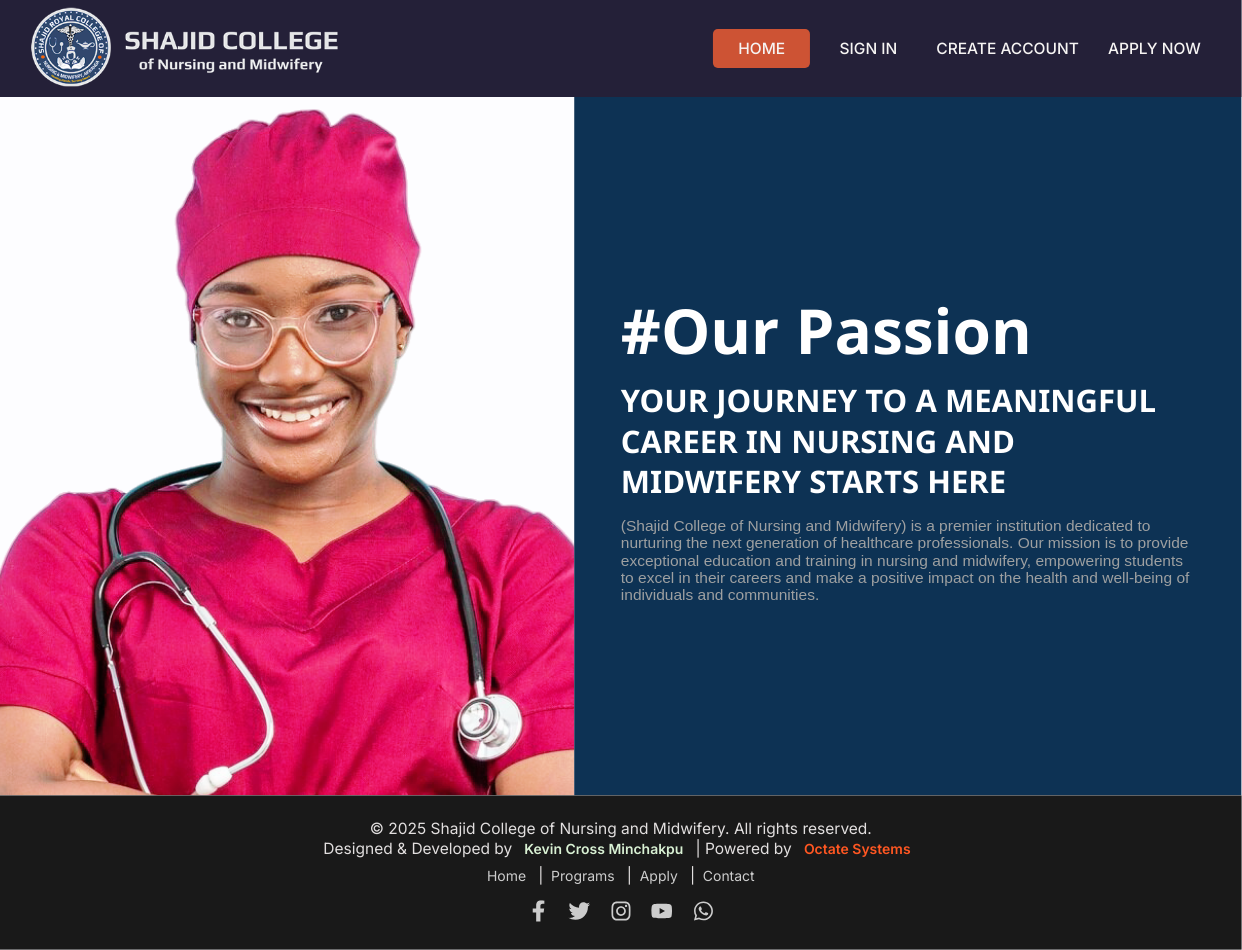
Repository: GlorifiedIntel/shajid-app
Page: /
An editor plug-in stored every save of this project. The page is shown before and after the next save, followed by the edit.
The browser window is 1280 px wide. The pictures show the whole page, at 97% of full size.
The project was rebuilt for these pictures with package versions that can differ from the ones it lists, and the page was loaded fresh each time. The framework's server and built-in components were replaced by stand-ins that run in the browser. Also part of the build but not shown: next.config.mjs.

Above is the page before, as saved 2025-07-01 14:19:56.

### src/app/layout.js
'use client';

import { Inter } from 'next/font/google';
import './globals.css';
import Navbar from '@/components/navbar/Navbar';
import Footer from '@/components/footer/Footer';
import { FormProvider } from '@/context/FormContext';
import { Toaster } from 'react-hot-toast';

const inter = Inter({ subsets: ['latin'] });

export const metadata = {
  title: 'Shajid College App',
  description:
    'This is a full-featured, responsive web application built using Next.js for Shajid College of Nursing and Midwifery.',
};

export default function RootLayout({ children }) {
  return (
    <html lang="en">
      <body className={inter.className}>
        <FormProvider>
          <div className="container">
            <Navbar />
            <Toaster position="top-right" />
            {children}
            <Footer />
          </div>
        </FormProvider>
      </body>
    </html>
  );
}

### src/app/page.jsx
import './landing.css';

const LandingPage = () => {
  return (
    <div className="landing-hero">
      <div className="hero-image" />
      <div className="hero-text">
        <h2 className="ranking">#Our Passion</h2>
        <h3 className="main-text">Your Journey to a Meaningful Career in Nursing and Midwifery Starts Here</h3>
        <p className="sub-text">
          (Shajid College of Nursing and Midwifery) is a premier institution dedicated to nurturing the next generation of healthcare professionals. Our mission is to provide exceptional education and training in nursing and midwifery, empowering students to excel in their careers and make a positive impact on the health and well-being of individuals and communities.
        </p>
      </div>
    </div>
  );
};

export default LandingPage;

### src/app/globals.css
:root {
    --bg: #fdfdff;
    --btn: #2A3D45;
    --primary: #0E103D;
    --secondary: #14453D;
    --delft-blue:#183059;
    --white-smoke:#F6F4F3;
    --indigo-dye: #124E78;
    --cream:#F0F0C9;
    --prussian-blue: #102B3F;
    --midnigth-green:#003844;
    --caribbean-current:#006C67;
    --gunmetal:#122C34;
    --navbar-bg: #242038;
    --jasper: #CD5334
}

* {
    margin: 0;
    padding: 0;
    box-sizing: border-box;
}

body {
    background-color: var(--bg);
    color: var(--white-smoke);

}

a {
    color: inherit;
    text-decoration: none;
}

.container {
    width: 100%;
    margin: auto;
    min-height: 100vh;
    display: flex;
    flex-direction: column;
    justify-content: space-between;
    }


.success-container {
  max-width: 600px;
  margin: 50px auto;
  text-align: center;
  padding: 2rem;
  background: #fff;
  border-radius: 12px;
  box-shadow: 0 5px 15px rgba(0,0,0,0.1);
}

.icon-box {
  margin-bottom: 20px;
}

.success-container h1 {
  font-size: 28px;
  color: #2e7d32;
}

.success-container p {
  font-size: 16px;
  margin: 1rem 0;
  color: #444;
}

.button-group {
  margin-top: 2rem;
  display: flex;
  justify-content: center;
  gap: 1rem;
}

.btn {
  padding: 10px 20px;
  border: none;
  background: #28a745;
  color: #fff;
  border-radius: 6px;
  cursor: pointer;
  font-weight: 600;
}

.btn.secondary {
  background: #6c757d;
}

/* Payment Box Styles */
.payment-box {
  padding: 2rem;
  border: 1px solid #ccc;
  border-radius: 8px;
  max-width: 400px;
  margin: 2rem auto;
  text-align: center;
}

.paystack-button {
  padding: 0.7rem 2rem;
  background-color: #579b6e;
  color: white;
  border: none;
  font-weight: bold;
  border-radius: 5px;
  cursor: pointer;
}

.paystack-button:hover {
  background-color: #174d79;
}

### src/components/navbar/Navbar.jsx
import React from 'react';
import Links from "./links/Links";
import styles from './navbar.module.css';

const Navbar = () => {
  return (
    <div className={styles.container}>
      <div className={styles.logo}>
        <img src="./logo.png" alt="Shajid College Logo" className={styles.logoImage} />
      </div>
      <div>
        <Links />
      </div>
    </div>
  );
};

export default Navbar;

### src/components/footer/Footer.jsx
import {
  FaFacebookF,
  FaTwitter,
  FaInstagram,
  FaYoutube,
  FaWhatsapp,
} from 'react-icons/fa';
import './Footer.css'; // Ensure you have a CSS file for styling

export default function Footer() {
  return (
    <footer className="site-footer">
      <div className="footer-content">
        <p>&copy; {new Date().getFullYear()} Shajid College of Nursing and Midwifery. All rights reserved.</p>

        <p>
  Designed & Developed by{' '}
  <a
    href="https://www.linkedin.com/in/kevin-cross-minchakpu-7897379a"
    target="_blank"
    rel="noopener noreferrer"
    className="kevin-link"
  >
    Kevin Cross Minchakpu
  </a>{' '}
  | Powered by{' '}
  <a
    href="https://octatesystems.github.io/OSNigeria/"
    target="_blank"
    rel="noopener noreferrer"
    className="octate-link"
  >
    Octate Systems
  </a>
</p>

        <nav className="footer-links">
          <a href="/">Home</a> |
          <a href="/programs">Programs</a> |
          <a href="/apply">Apply</a> |
          <a href="/contact">Contact</a>
        </nav>

        <div className="social-icons">
          <a href="https://facebook.com" target="_blank" rel="noopener noreferrer" aria-label="Facebook">
            <FaFacebookF />
          </a>
          <a href="https://twitter.com" target="_blank" rel="noopener noreferrer" aria-label="Twitter">
            <FaTwitter />
          </a>
          <a href="https://instagram.com" target="_blank" rel="noopener noreferrer" aria-label="Instagram">
            <FaInstagram />
          </a>
          <a href="https://youtube.com" target="_blank" rel="noopener noreferrer" aria-label="YouTube">
            <FaYoutube />
          </a>
          <a href="https://wa.me/2348012345678" target="_blank" rel="noopener noreferrer" aria-label="WhatsApp">
            <FaWhatsapp />
          </a>
        </div>
      </div>
    </footer>
  );
}

### src/context/FormContext.jsx
'use client';

import { createContext, useContext, useState } from 'react';

const FormContext = createContext();

export const FormProvider = ({ children }) => {
  const [formData, setFormData] = useState({});

  const updateFormData = (step, data) => {
    setFormData((prev) => ({
      ...prev,
      [step]: data,
    }));
  };

  return (
    <FormContext.Provider value={{ formData, updateFormData }}>
      {children}
    </FormContext.Provider>
  );
};

export const useFormContext = () => useContext(FormContext);

### src/app/landing.css
.landing-hero {
  display: flex;
  flex-direction: row;
  height: 100vh;
  width: 100%;
  overflow: hidden;
  font-family: 'Segoe UI', Tahoma, Geneva, Verdana, sans-serif;
}

.hero-image {
  flex: 1;
  background-image: url('/female-nurse.png');
  background-size: cover;
  background-position: center;
  background-color: none;
}

.hero-text {
  flex: 1;
  background-color: rgba(0, 39, 75, 0.95);
  color: white;
  display: flex;
  flex-direction: column;
  justify-content: center;
  padding: 3rem;
  text-align: left;
}

.ranking {
  font-size: 4rem;
  font-weight: 800;
  margin-bottom: 0.5rem;
}

.main-text {
  font-size: 2rem;
  font-weight: 700;
  text-transform: uppercase;
  line-height: 1.3;
  margin-bottom: 1rem;
}

.sub-text {
  font-family: Arial, Helvetica, sans-serif;
  font-size: 1rem;
  color: #9ea0a1;
}

/* Responsive Design */
@media (max-width: 768px) {
  .landing-hero {
    flex-direction: column;
  }

  .hero-image,
  .hero-text {
    flex: none;
    height: 50vh;
    width: 100%;
  }

  .hero-text {
    padding: 2rem;
    text-align: center;
  }

  .ranking {
    font-size: 3rem;
  }

  .main-text {
    font-size: 1.25rem;
  }
}

/* Basic container styles */
.auth-container {
  width: 500px;
  margin: 5rem auto;
  padding: 2rem;
  border-radius: 10px;
  box-shadow: 0 0 10px rgba(0, 0, 0, 0.1);
  background-color: #fff;
  color: chocolate;
}


/* Form elements */
.auth-form input {
  width: 100%;
  padding: 12px;
  margin: 10px 0;
  border: 1px solid #ddd;
  border-radius: 5px;
}

.auth-form button {
  width: 100%;
  padding: 12px;
  background-color: #2B303A;
  color: white;
  font-weight: bold;
  border: none;
  border-radius: 5px;
  margin-top: 10px;
  cursor: pointer;
  transition: background-color 0.3s ease;
}

.auth-form button:hover {
  background-color: #b59a00;
}

.auth-form h2 {
  text-align: center;
  margin-bottom: 1rem;
  font-size: 1.5rem;
}

.forgot-link {
  text-align: right;
  margin-bottom: 10px;
}

.forgot-link a {
  font-size: 0.9rem;
  color: #0070f3;
  text-decoration: none;
}

.forgot-link a:hover {
  text-decoration: underline;
}

.switch-auth {
  margin-top: 15px;
  text-align: center;
  font-size: 0.9rem;
}

.switch-auth a {
  color: #6157ec;
  text-decoration: none;
}

.switch-auth a:hover {
  text-decoration: underline;
}


.form-logo {
  display: flex;
  justify-content: center;
  align-items: center;
  margin-bottom: 1rem;
}

### src/components/navbar/links/Links.jsx
'use client';

import styles from './links.module.css';
import NavLink from './navLink/navLink';

const Links = () => {
  const links = [
    { title: 'HOME', path: '/' },
    { title: 'SIGN IN', path: '/auth/sign-in' },
    { title: 'CREATE ACCOUNT', path: '/auth/create-account' },
    { title: 'APPLY NOW', path: '/apply' },
  ];

  return (
    <div className={styles.links}>
      {links.map((link) => (
       <NavLink item={link} key={link.title}/>
      ))}
    </div>
  );
};

export default Links;

### src/components/navbar/navbar.module.css
.container {
    background-color: var(--navbar-bg);
    height: 100px;
    display: flex;
    align-items: center;
    justify-content: space-between;
    width: 100%;
   padding: 2rem;

}

.logoImage {
  height: 81px;
  width: 314px;
}


.fontlight {
    font-size: 30px;
    font-family: "Play", sans-serif;
    font-weight: 400;
    font-style: normal;
    color: var(--white-smoke);

}

.logoImage {
  height: 81px;
  width: auto;
}

### src/components/footer/Footer.css


/* Footer styles */
.site-footer {
  background-color: #191919;
  color: #e2dfdf;
  padding: 1.5rem 0;
  text-align: center;
  font-family: var(--font-play);

}

.footer-content {
  max-width: 1000px;
  margin: auto;
  padding: 0 1rem;
}

.footer-content nav {
  margin-top: 0.5rem;
}

.footer-content a {
  color: #ccc;
  margin: 0 0.5rem;
  text-decoration: none;
  font-size: 0.9rem;
}

.footer-content a:hover {
  color: #fff;
  text-decoration: underline;
}

.social-icons {
  margin-top: 1rem;
}

.social-icons a {
  margin: 0 10px;
  font-size: 1.4rem;
  transition: transform 0.3s ease;
}

.social-icons a:hover {
  transform: scale(1.2);
}

/* Optional: Platform-specific hover colors */
.social-icons a:nth-child(1):hover { color: #1877f2; }  /* Facebook */
.social-icons a:nth-child(2):hover { color: #1da1f2; }  /* Twitter */
.social-icons a:nth-child(3):hover { color: #e1306c; }  /* Instagram */
.social-icons a:nth-child(4):hover { color: #ff0000; }  /* YouTube */
.social-icons a:nth-child(5):hover { color: #25d366; }  /* WhatsApp */

.highlight {
  color: #f3ba00;
  font-weight: bold;
  text-decoration: none;
}

.highlight:hover {
  text-decoration: underline;
}

.footer-content a.kevin-link {
  color: #d8f0d3;
  font-weight: 600;
  text-decoration: none;
}

.footer-content a.kevin-link:hover {
  color: #f0cf15;
  text-decoration: underline;
}

.footer-content a.octate-link {
  color: #ff5722;
  font-weight: 600;
  text-decoration: none;
}

.footer-content a.octate-link:hover {
  color: #2791bb;
  text-decoration: underline;
}

### src/components/navbar/links/links.module.css
.links {
    display: flex;
    align-items: center;
    gap: 10px;
    font-family: var(--font-play);
    font-weight: 400;
    font-style: normal;
}

### src/components/navbar/links/navLink/navLink.jsx
'use client';

import Link from 'next/link';
import styles from './navLink.module.css';
import { usePathname } from 'next/navigation';


const NavLink = ({ item }) => {

    const pathName = usePathname();
  return (
    <Link href={item.path} className={`${styles.container} ${pathName === item.path ? styles.active : ''}`}>
        {item.title}
    </Link>
  )

};

export default NavLink;

### src/components/navbar/links/navLink/navLink.module.css
.container {
    min-width: 100px;
    padding: 10px;
    border-radius: 5px;
    font-weight: 500;
    text-align: center;
}

.active {
    background-color: var(--jasper);
    color: var(--color-white);
}

After the next save:
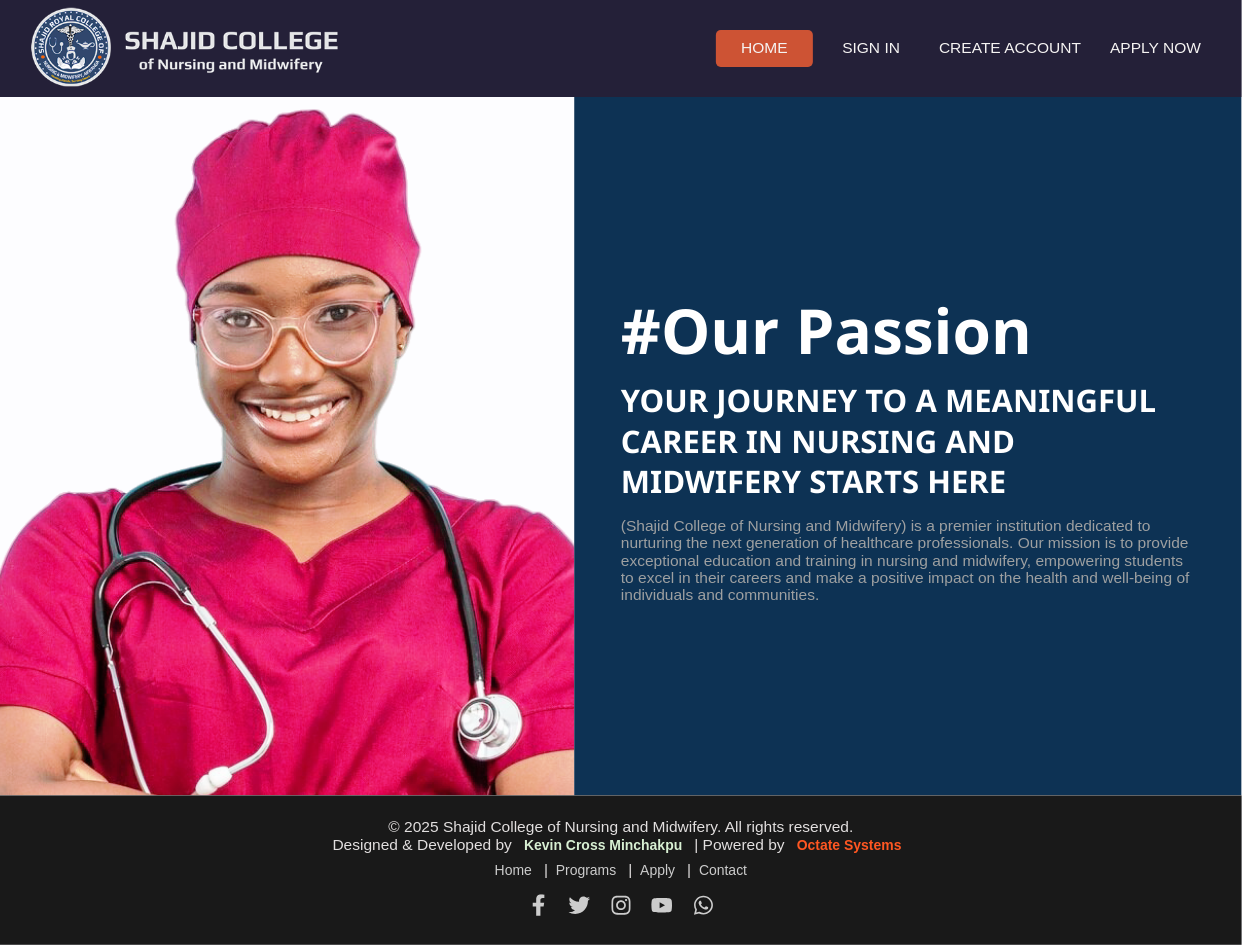
Saved 87 s later.
--- a/src/app/globals.css
+++ b/src/app/globals.css
@@ -12,7 +12,8 @@
     --caribbean-current:#006C67;
     --gunmetal:#122C34;
     --navbar-bg: #242038;
-    --jasper: #CD5334
+    --jasper: #CD5334;
+    --font-play: 'Play', sans-serif;
 }
 
 * {
@@ -30,7 +31,10 @@ body {
 a {
     color: inherit;
     text-decoration: none;
+
 }
+
+
 
 .container {
     width: 100%;
@@ -111,3 +115,19 @@ a {
 .paystack-button:hover {
   background-color: #174d79;
 }
+
+/*CSS loader/spinner*/
+button[disabled] {
+  opacity: 0.6;
+  cursor: not-allowed;
+}
+
+.success-msg {
+  color: green;
+  margin-top: 10px;
+}
+
+.error-msg {
+  color: red;
+  margin-top: 10px;
+}
